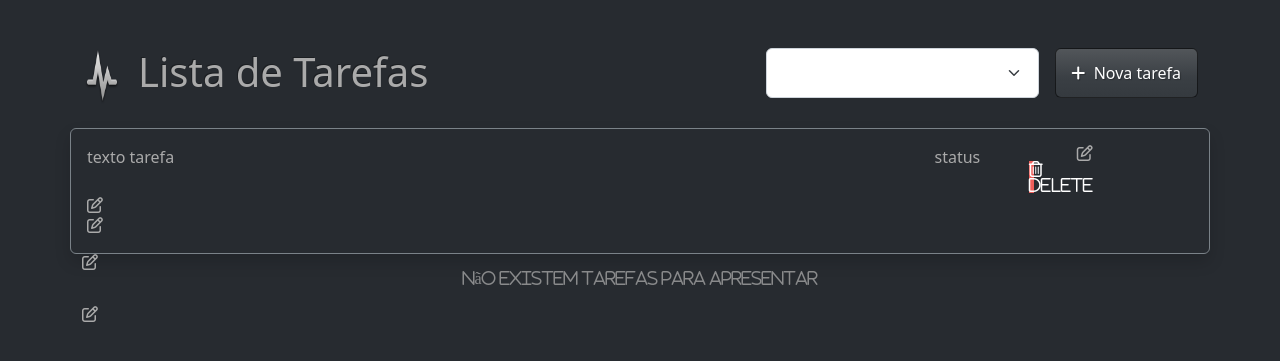
Repository: cargugati/lista_tarefas
Page: frontEnd/index.html
An editor plug-in stored every save of this project. The page is shown before and after the next save, followed by the edit.
The browser window is 1280 px wide. The pictures show the whole page.

Above is the page before, as saved 2023-03-18 21:09:00.

After the next save:
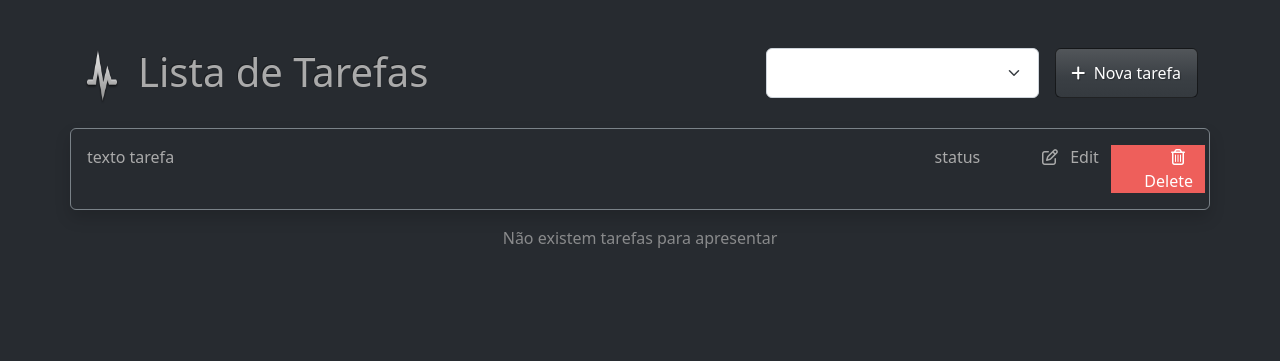
Saved 8 s later.
--- a/frontEnd/index.html
+++ b/frontEnd/index.html
@@ -40,7 +40,7 @@
         <div class="row">
           <div class="col-9">texto tarefa</div>
           <div class="col-1">status</div>
-          <div class="col-1 text-end"><i class="fa-regular fa-pen-to-square me-2" Edit</div>
+          <div class="col-1 text-end"><i class="fa-regular fa-pen-to-square me-2"></i> Edit</div>
           <div class="col-1 text-end text-bg-danger"><i class="fa-regular fa-trash-can me-2"></i>Delete</div>
         </div>
       </div>
